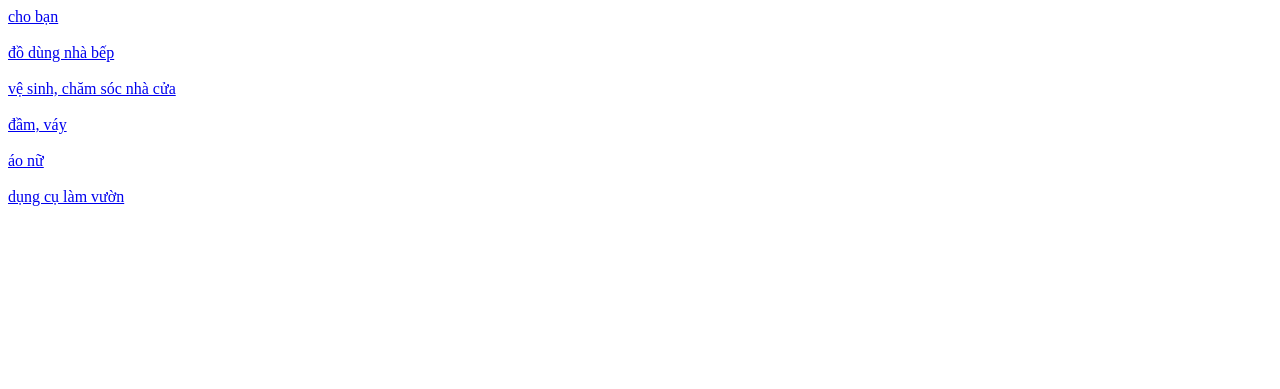
Repository: bao2222/hoc-lam-web
Page: About-me.html
The author's editor kept a copy of each file at every save. The page is drawn from the files as they stood at one save, then again after the next save.
The browser window is 1280 px wide. The pictures show the whole page.

Above is the page before, as saved 2025-01-23 10:14:40.

After the next save:
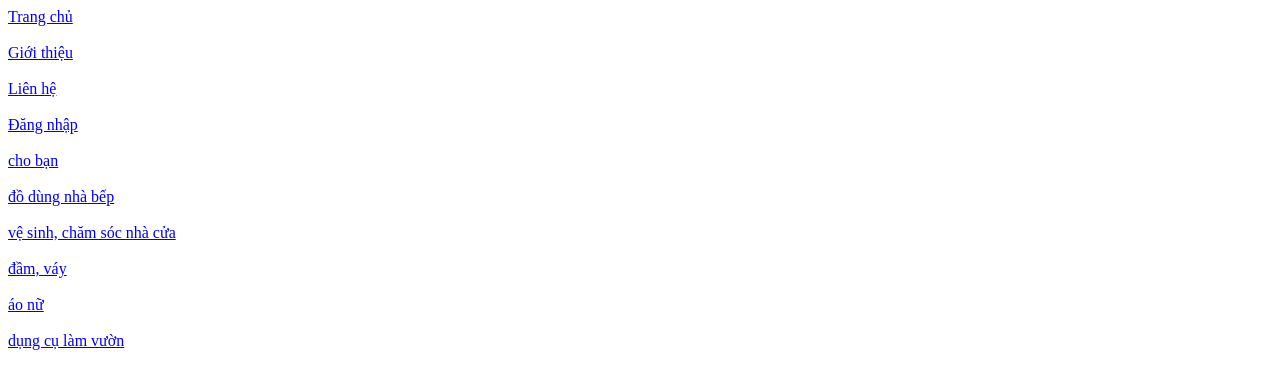
Saved 28 s later.
--- a/About-me.html
+++ b/About-me.html
@@ -10,6 +10,12 @@
     <body>
         <header>
             <div>
+                <div>
+                    <a href="welcome.html">Trang chủ</a><br><br>
+                    <a href="About-me.html">Giới thiệu</a><br><br>
+                    <a href="contact.html">Liên hệ</a><br><br>
+                    <a href="login.html">Đăng nhập</a><br><br>
+                </div>
                 <a href="b1.html">cho bạn</a><br><br>
                 <a href="b2.html">đồ dùng nhà bếp</a><br><br>
                 <a href="b3.html">vệ sinh, chăm sóc nhà cửa</a><br><br>
